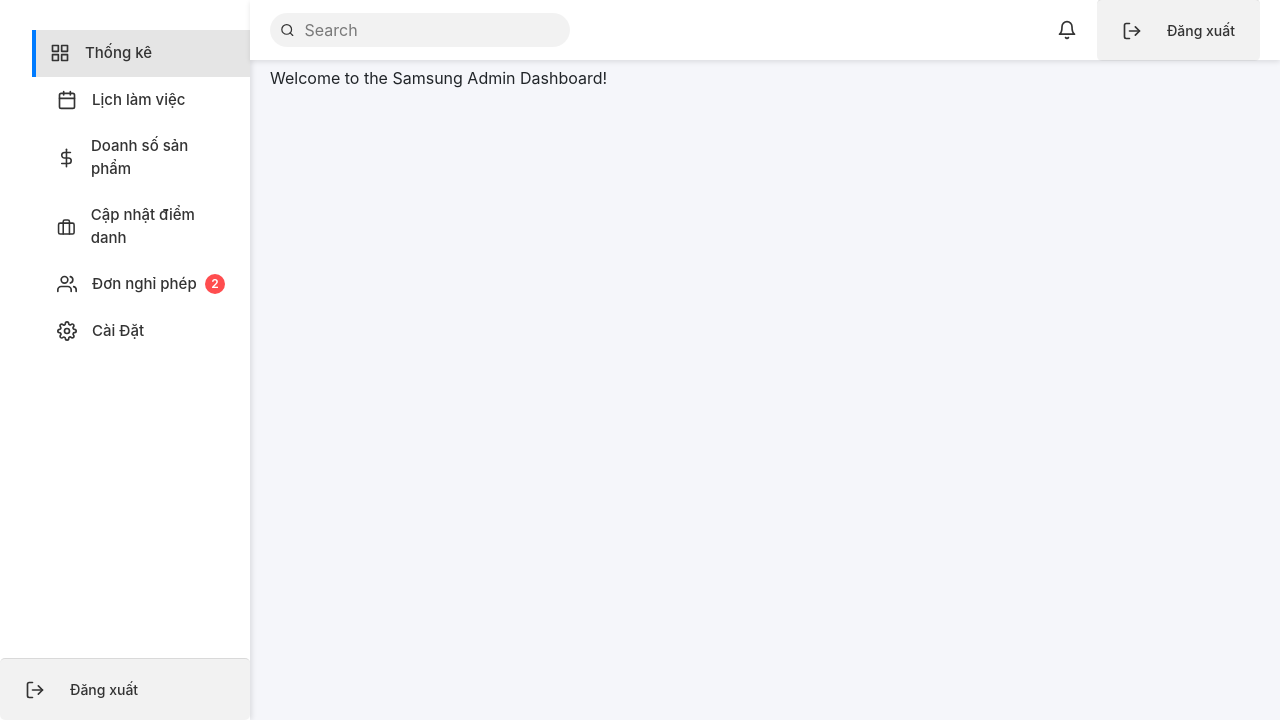
Repository: lenb2109136/HTTTQL
Page: /
An editor plug-in stored every save of this project. The page is shown before and after the next save, followed by the edit.
The browser window is 1280 px wide. The pictures show the whole page.
The project was rebuilt for these pictures with package versions that can differ from the ones it lists, and the page was loaded fresh each time.

Above is the page before, as saved 2025-03-28 12:26:40.

After the next save:
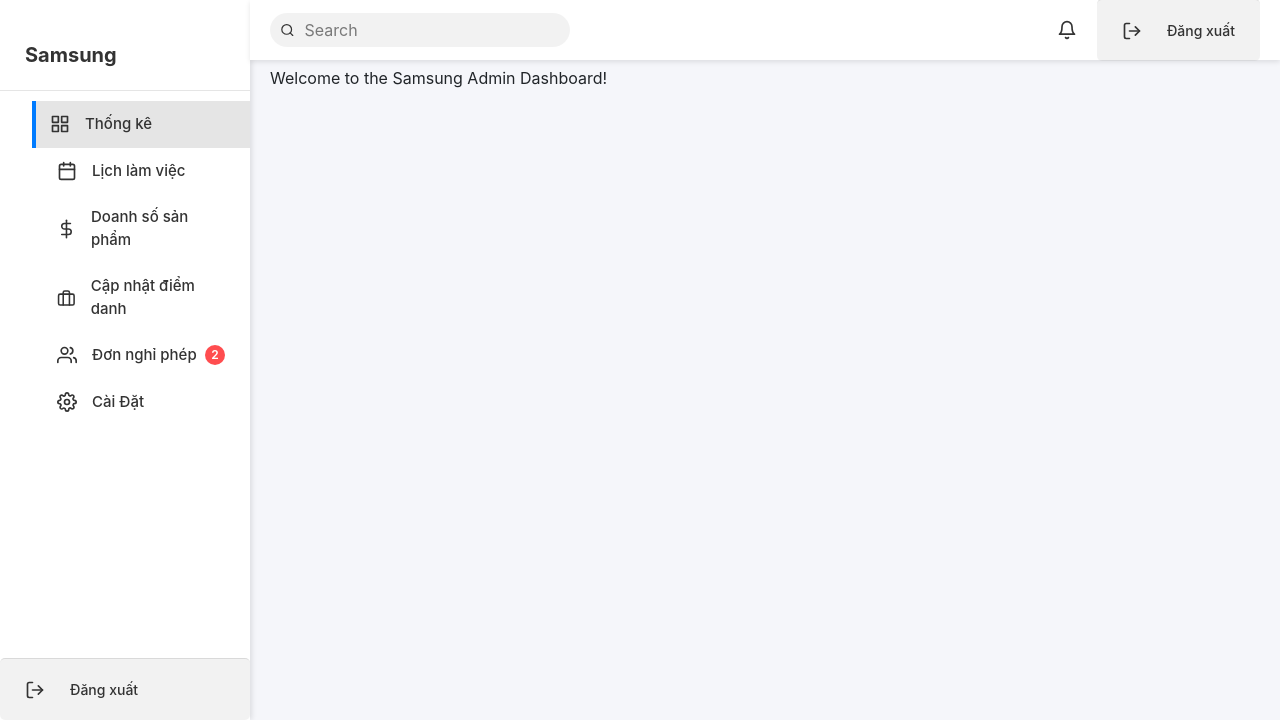
Saved 8 s later.
--- a/src/component/admin/SideBar.js
+++ b/src/component/admin/SideBar.js
@@ -16,6 +16,9 @@
 
   return (
     <div className="sidebar">
+      <div className="logo">
+        <span>Samsung</span>
+      </div>
       <ul>
         <li className={location.pathname === '/' ? 'active' : ''}>
           <Link to="/">
